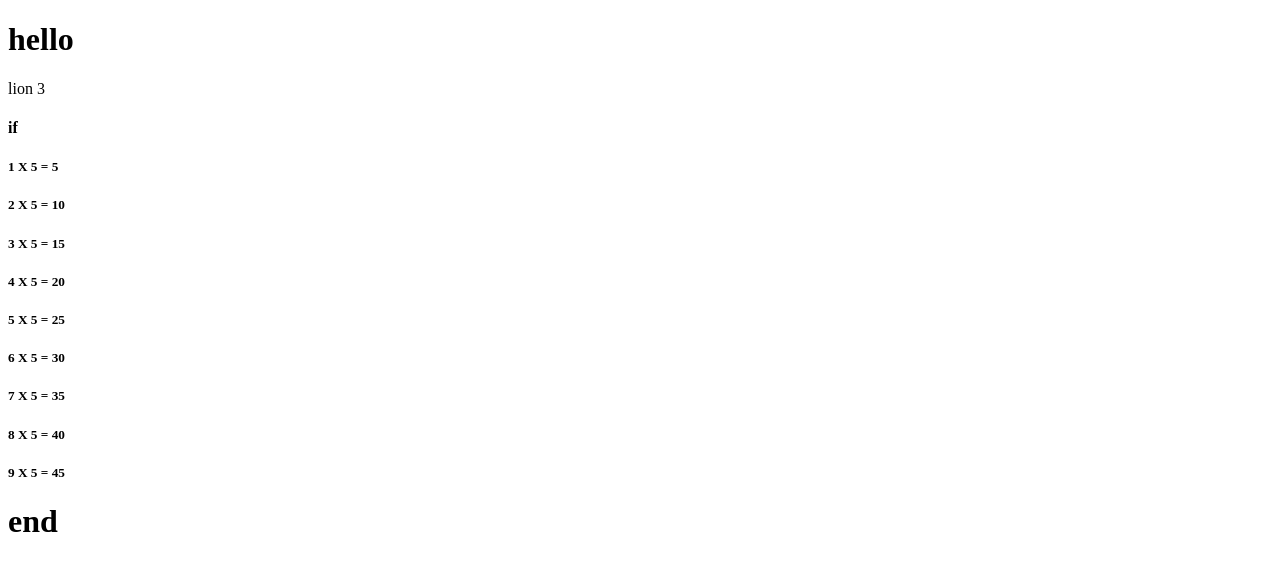
Repository: Ryeom/java_190710
Page: http://localhost/Web01/
The author's editor kept a copy of each file at every save. The page is drawn from the files as they stood at one save, then again after the next save.
The browser window is 1280 px wide. The pictures show the whole page.
The page is served by Tomcat 9.

Above is the page before, as saved 2019-09-11 02:26:23.

After the next save:
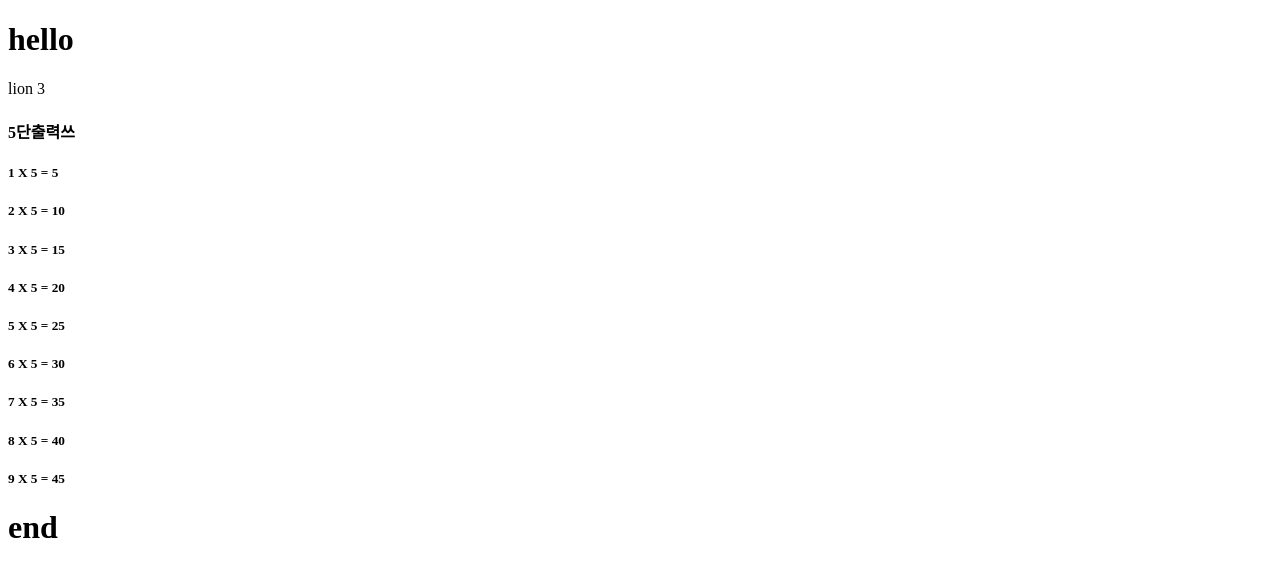
Saved 31 s later.
--- a/Web01/WebContent/index.jsp
+++ b/Web01/WebContent/index.jsp
@@ -27,7 +27,7 @@
 	<%=sum(1,2) %>
 
 	<%if(true){%>
-	<h4>if</h4>
+	<h4>5단출력쓰</h4>
 	<%}%>
 
 
